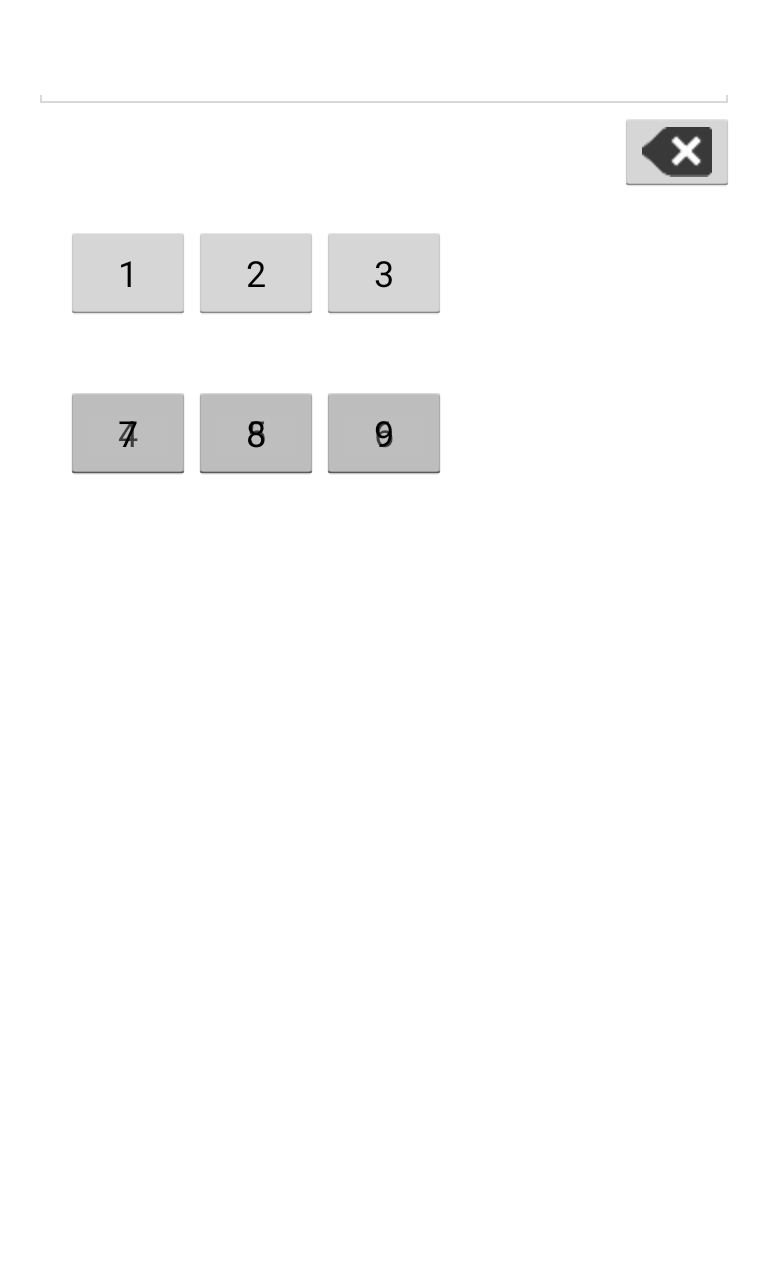
Repository: andreeastoican/Laborator03
Layout: PhoneDialer/res/layout/activity_phone_dialer.xml
These files come from the project's save history. The layout is drawn as it stood at one moment and after the next save; the edit follows.
It is drawn on a 768 x 1280 px phone screen (xhdpi) without system bars, with theme AppTheme; the app's code is not run.

Above is the layout before, as saved 2015-03-10 09:33:19.

### PhoneDialer/res/layout/activity_phone_dialer.xml
<RelativeLayout xmlns:android="http://schemas.android.com/apk/res/android"
    xmlns:tools="http://schemas.android.com/tools"
    android:layout_width="match_parent"
    android:layout_height="match_parent"
    android:paddingBottom="@dimen/activity_vertical_margin"
    android:paddingLeft="@dimen/activity_horizontal_margin"
    android:paddingRight="@dimen/activity_horizontal_margin"
    android:paddingTop="@dimen/activity_vertical_margin"
    tools:context="ro.pub.cs.systems.pdsd.lab03.phonedialer.PhoneDialerActivity" >

    <EditText
        android:id="@+id/id_edit_text"
		android:layout_width="fill_parent"
	    android:layout_height="wrap_content"
	    android:ems="10"
	    android:inputType="text"
	    android:enabled="false"
        />

    <ImageButton
        android:id="@+id/id_img_button"
        android:layout_width="wrap_content"
        android:layout_height="wrap_content"
        android:src="@drawable/backspace"
        android:layout_below="@id/id_edit_text"
        android:layout_alignParentRight="true"
    	/>

	<LinearLayout
	      android:id="@+id/layout1"
		  android:layout_below="@id/id_img_button"
		  android:layout_width="wrap_content"
		  android:layout_height="wrap_content"
		  android:paddingBottom="@dimen/activity_vertical_margin"
		  android:paddingLeft="@dimen/activity_horizontal_margin"
		  android:paddingRight="@dimen/activity_horizontal_margin"
		  android:paddingTop="@dimen/activity_vertical_margin"
		  android:orientation="horizontal">

			<Button
			    android:id="@+id/id1"
			    android:layout_width="wrap_content"
		        android:layout_height="wrap_content"
		        android:text="1"
			    />
			<Button
			    android:id="@+id/id2"
			    android:layout_width="wrap_content"
		        android:layout_height="wrap_content"
		        android:text="2"
			    />
			<Button
			    android:id="@+id/id3"
			    android:layout_width="wrap_content"
		        android:layout_height="wrap_content"
		        android:text="3"
			    />

	</LinearLayout>

	<LinearLayout
	  android:layout_below="@id/layout1"
	  android:id="@+id/layout2"
	  android:layout_width="wrap_content"
	  android:layout_height="wrap_content"
	  android:paddingBottom="@dimen/activity_vertical_margin"
	  android:paddingLeft="@dimen/activity_horizontal_margin"
	  android:paddingRight="@dimen/activity_horizontal_margin"
	  android:paddingTop="@dimen/activity_vertical_margin"
	  android:orientation="horizontal">

		<Button
		    android:id="@+id/id4"
		    android:layout_width="wrap_content"
	        android:layout_height="wrap_content"
	        android:text="4"
		    />
		<Button
		    android:id="@+id/id5"
		    android:layout_width="wrap_content"
	        android:layout_height="wrap_content"
	        android:text="5"
		    />
		<Button
		    android:id="@+id/id6"
		    android:layout_width="wrap_content"
	        android:layout_height="wrap_content"
	        android:text="6"
		    />

	</LinearLayout>


	<LinearLayout
	  android:layout_below="@id/layout1"
	  android:id="@+id/layout2"
	  android:layout_width="wrap_content"
	  android:layout_height="wrap_content"
	  android:paddingBottom="@dimen/activity_vertical_margin"
	  android:paddingLeft="@dimen/activity_horizontal_margin"
	  android:paddingRight="@dimen/activity_horizontal_margin"
	  android:paddingTop="@dimen/activity_vertical_margin"
	  android:orientation="horizontal">

		<Button
		    android:id="@+id/id7"
		    android:layout_width="wrap_content"
	        android:layout_height="wrap_content"
	        android:text="7"
		    />
		<Button
		    android:id="@+id/id8"
		    android:layout_width="wrap_content"
	        android:layout_height="wrap_content"
	        android:text="8"
		    />
		<Button
		    android:id="@+id/id9"
		    android:layout_width="wrap_content"
	        android:layout_height="wrap_content"
	        android:text="9"
		    />

	</LinearLayout> "

</RelativeLayout>

Loaded but not shown: PhoneDialer/res/values/styles.xml (common file); PhoneDialer/res/values-v11/styles.xml (common file); PhoneDialer/res/values-v14/styles.xml (common file); PhoneDialer/res/values/dimens.xml (common file); PhoneDialer/res/values-w820dp/dimens.xml (common file)

After the next save:
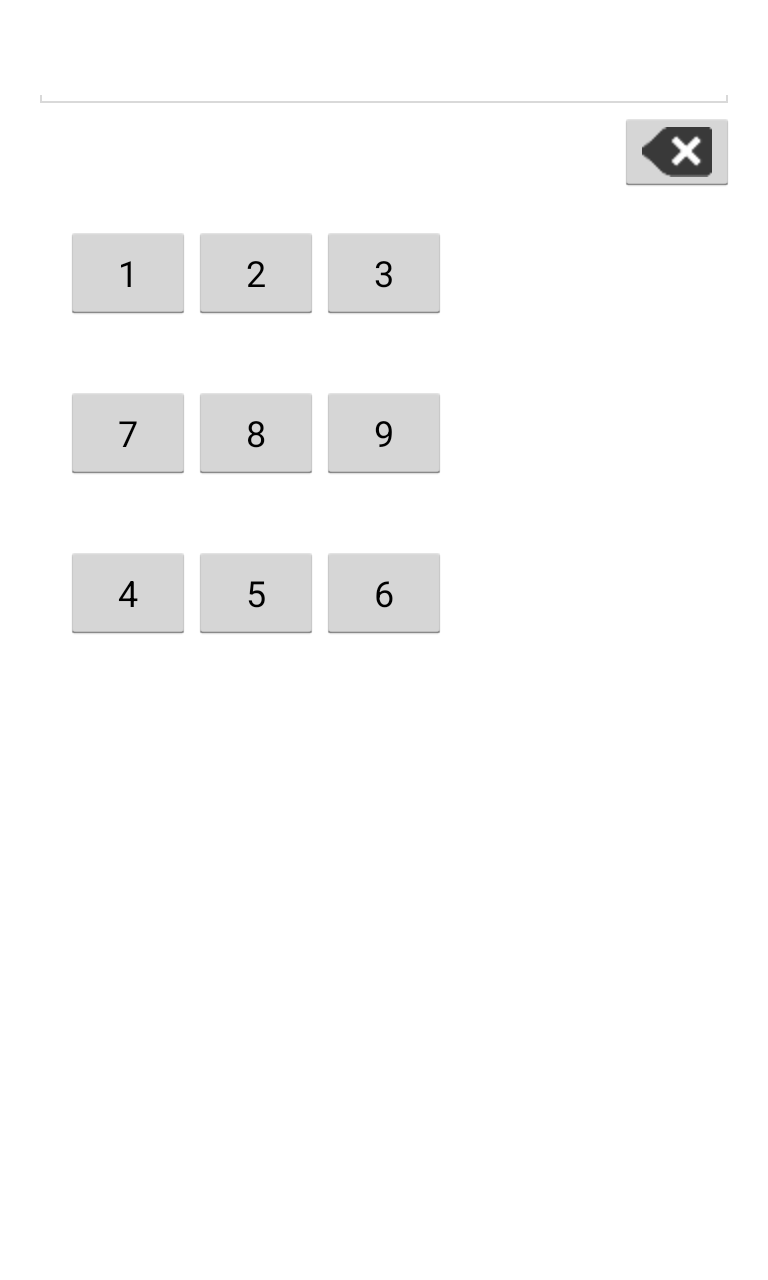
Saved 5 s later.
--- a/PhoneDialer/res/layout/activity_phone_dialer.xml
+++ b/PhoneDialer/res/layout/activity_phone_dialer.xml
@@ -59,8 +59,8 @@
 	</LinearLayout>
 
 	<LinearLayout
-	  android:layout_below="@id/layout1"
-	  android:id="@+id/layout2"
+	  android:layout_below="@id/layout2"
+	  android:id="@+id/layout3"
 	  android:layout_width="wrap_content"
 	  android:layout_height="wrap_content"
 	  android:paddingBottom="@dimen/activity_vertical_margin"

After the save that followed:
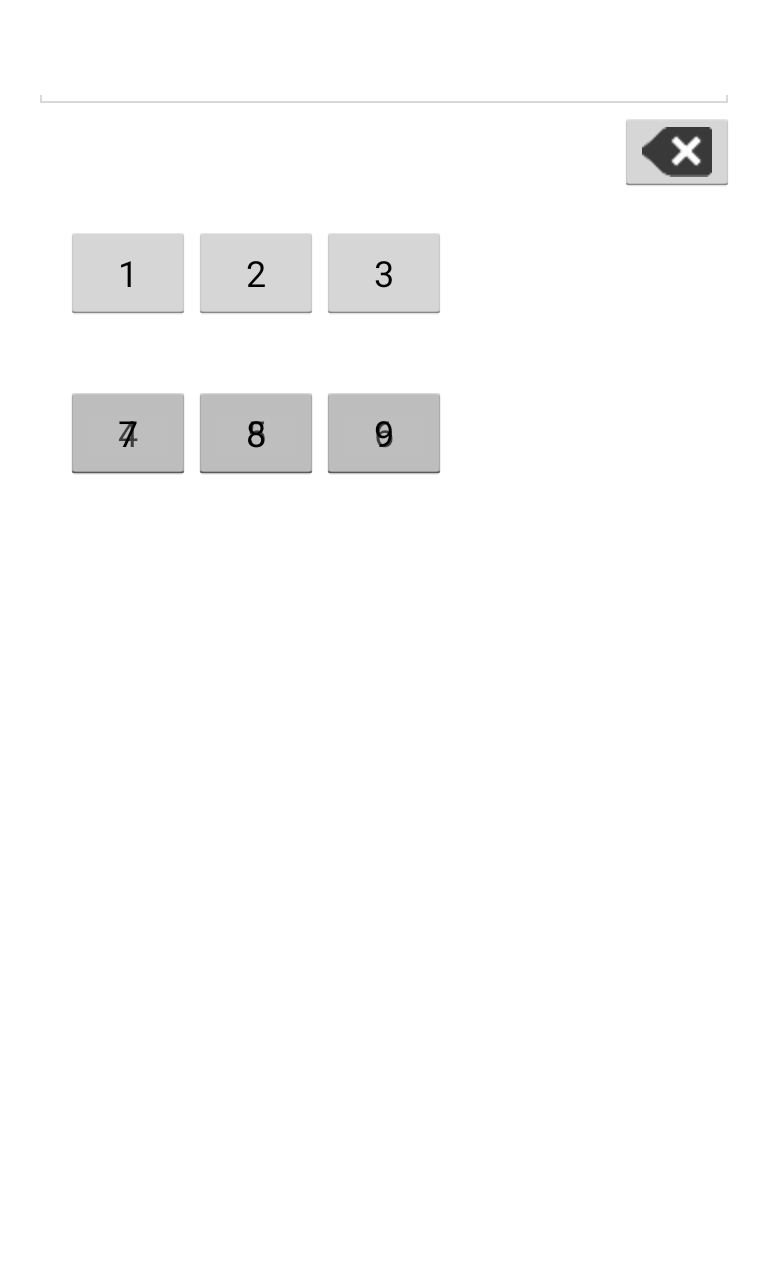
Saved 48 s later.
--- a/PhoneDialer/res/layout/activity_phone_dialer.xml
+++ b/PhoneDialer/res/layout/activity_phone_dialer.xml
@@ -59,8 +59,8 @@
 	</LinearLayout>
 
 	<LinearLayout
-	  android:layout_below="@id/layout2"
-	  android:id="@+id/layout3"
+	  android:layout_below="@id/layout1"
+	  android:id="@+id/layout2"
 	  android:layout_width="wrap_content"
 	  android:layout_height="wrap_content"
 	  android:paddingBottom="@dimen/activity_vertical_margin"
